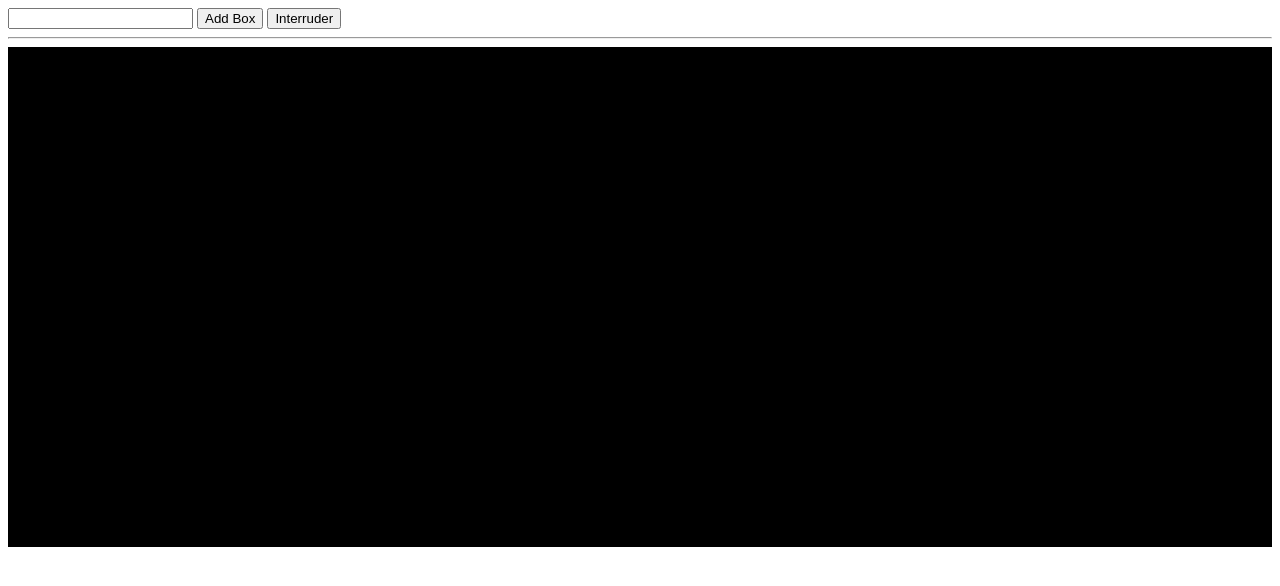
Repository: PankajSutharPersistent/vm-backup
Page: workspaceJavaScript/JSDemo/step-20.html
An editor plug-in stored every save of this project. The page is shown before and after the next save, followed by the edit.
The browser window is 1280 px wide. The pictures show the whole page.

Above is the page before, as saved 2016-12-30 05:37:55.

### workspaceJavaScript/JSDemo/step-20.html
<!doctype html>
<html lang="en">
<head>
	<meta charset="UTF-8" />
	<title>Document</title>
	<style type="text/css" media="screen">
		#box{

			height :500px;
			background-color: #000000;
			overflow: auto;
		}
		 #box div{
		 	height: 50px;
		 	width: 50px;
		 	margin: 5px;
		 	float: left;
		 	background-color: red;
		 }
	</style>
	<script type="text/javascript" charset="utf-8">
		var elm={
			create:function(){
				var elm=document.createElement("div");
				return elm;
			}
		};

		window.onload=function(){
			document.getElementById("addButton").addEventListener("click",function(){
				document.getElementById("box").appendChild(elm.create());
			});

		}
	</script>
</head>
<body>
	<input type="text" id="colorType"/>
	<button id="addButton">Add Box</button>
	<button id="intruder">Interruder</button>
	<hr />
	<div id="box">

	</div>
</body>
</html>

After the next save:
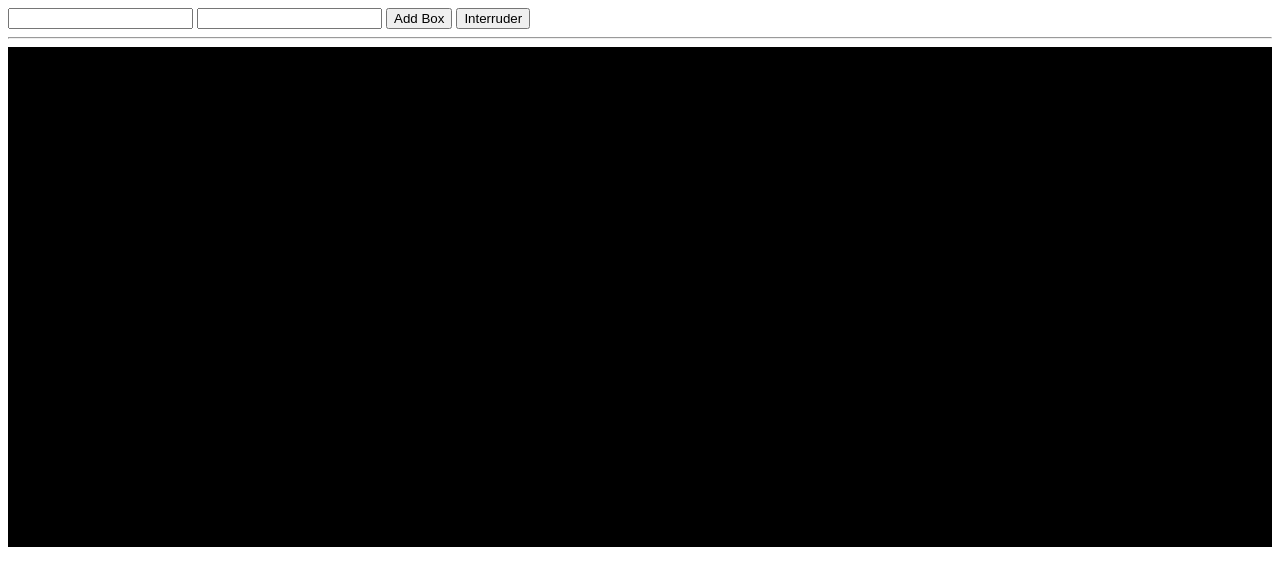
Saved 36 s later.
--- a/workspaceJavaScript/JSDemo/step-20.html
+++ b/workspaceJavaScript/JSDemo/step-20.html
@@ -36,6 +36,7 @@
 </head>
 <body>
 	<input type="text" id="colorType"/>
+	<input type="text" id="some_name"/>
 	<button id="addButton">Add Box</button>
 	<button id="intruder">Interruder</button>
 	<hr />
